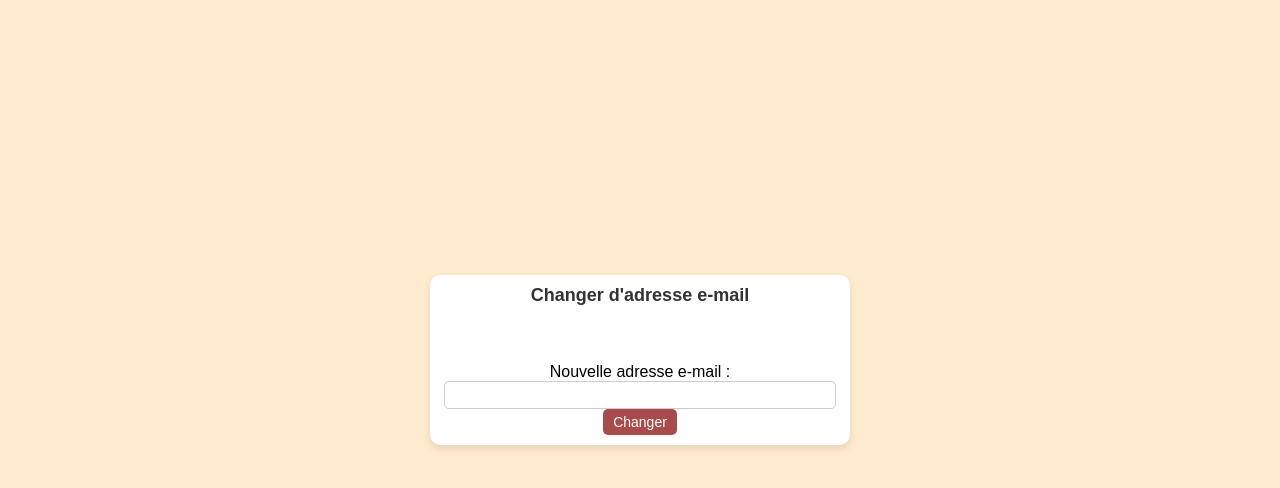
Repository: LeroyM084/Mushroom_Password
Page: ChromeExtension/templates/changeMail.html
The author's editor kept a copy of each file at every save. The page is drawn from the files as they stood at one save, then again after the next save.
The browser window is 1280 px wide. The pictures show the whole page.

Above is the page before, as saved 2025-02-19 11:55:37.

After the next save:
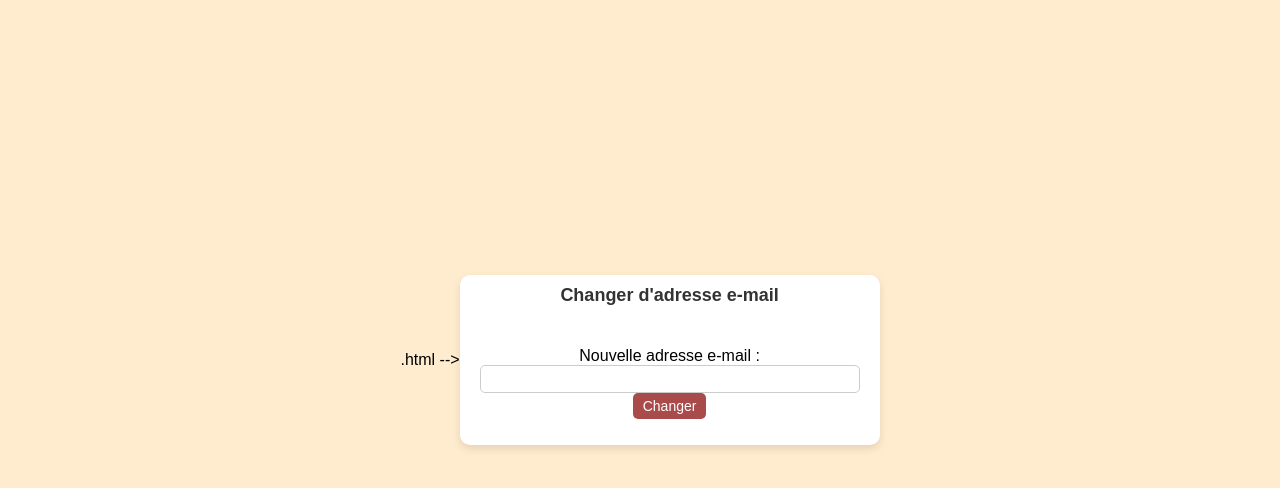
Saved 11 s later.
--- a/ChromeExtension/templates/changeMail.html
+++ b/ChromeExtension/templates/changeMail.html
@@ -1,20 +1,21 @@
+.html -->
 <!DOCTYPE html>
 <html lang="fr">
-<head>
-    <meta charset="UTF-8">
-    <meta name="viewport" content="width=device-width, initial-scale=1.0">
-    <title>Changer d'adresse e-mail</title>
-    <link rel="stylesheet" href="../style/changeMail.css">
-    <script defer src="../scripts/changeMail.js"></script>
-</head>
-<body>
-    <div class="container">
-        <h1>Changer d'adresse e-mail</h1>
-        <form action="/change-email" method="post">
-            <label for="email">Nouvelle adresse e-mail :</label>
-            <input type="email" id="email" name="email" required>
-            <button type="submit" id="submitButton">Changer</button>
-        </form>
-    </div>
-</body>
+	<head>
+		<meta charset="UTF-8" />
+		<meta name="viewport" content="width=device-width, initial-scale=1.0" />
+		<title>Changer d'adresse e-mail</title>
+		<link rel="stylesheet" href="../style/changeMail.css" />
+		<script defer src="../scripts/changeMail.js"></script>
+	</head>
+	<body>
+		<div class="container">
+			<h1>Changer d'adresse e-mail</h1>
+			<form id="emailForm">
+				<label for="email">Nouvelle adresse e-mail :</label>
+				<input type="email" id="email" name="email" required />
+				<button type="submit" id="submitButton">Changer</button>
+			</form>
+		</div>
+	</body>
 </html>

After the save that followed:
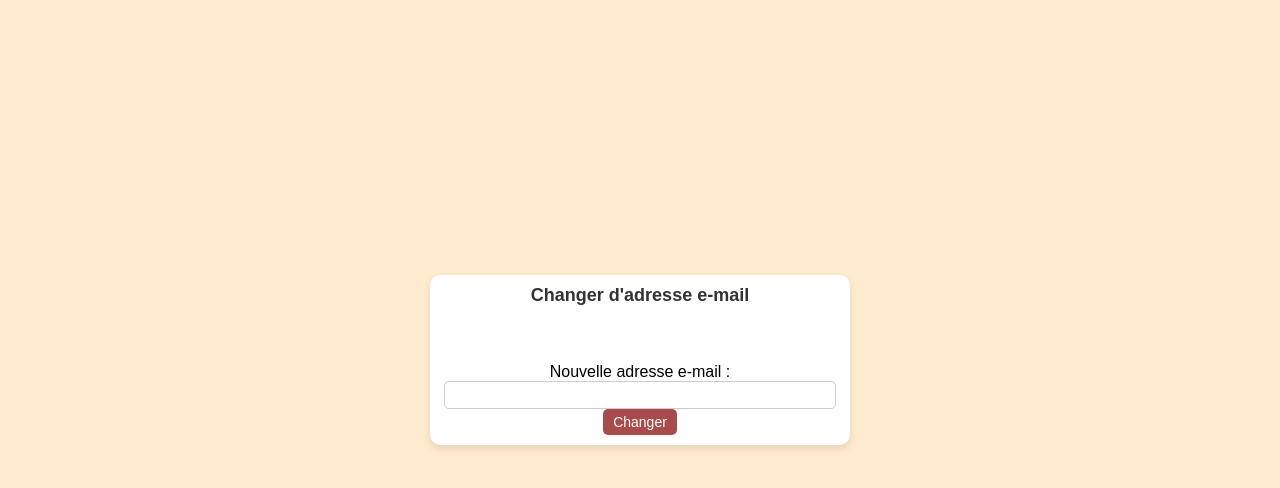
Saved 5 s later.
--- a/ChromeExtension/templates/changeMail.html
+++ b/ChromeExtension/templates/changeMail.html
@@ -1,4 +1,3 @@
-.html -->
 <!DOCTYPE html>
 <html lang="fr">
 	<head>
